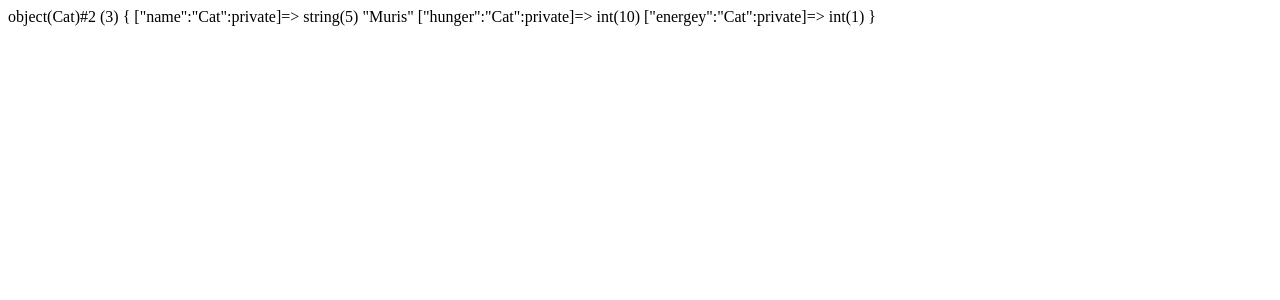
Repository: janismozgis-rcs/gurpa_5_test
Page: http://localhost/
The author's editor kept a copy of each file at every save. The page is drawn from the files as they stood at one save, then again after the next save.
The browser window is 1280 px wide. The pictures show the whole page.
The page is run by PHP 8.4 with error messages shown; the project is at /var/www/html/.

Above is the page before, as saved 2018-06-18 20:01:50.

### index.php
<?php

$someInt = 123; //integer
$someDecimanNumber = 3.14; //float
$someText = "text"; // string '' / ""
$someBool = true; // bool
$someNull = null; // null

$someArray = ['zaz', 'vaz', 'gaz', 'bwm', true, 123];
$somePerson = [
    'name' => 'Johnny',
    'age' => 18
];
$bunchOfPeople = [
    10 => [
        'name' => 'Johnny',
        'age' => 18
    ],
    11 => [
        'name' => 'Billy',
        'age' => 19
    ]
];
$someObject = new stdClass();

// +
// -
// /
// *
// %

// && ||
// >
// <
// >=
// <=
// ==
// !=
// ===
// !==
$someArray = [1 => 'zaz', 10 => 'vaz', 'foo' => 'gaz', 'bwm', true, 123];

foreach ($someArray as $key => $car) {
    // echo $key . '<br>';
}

// for ($i=0; $i < 25; $i++) {
//     $output = '';
//     if ($i % 2 == 0) {
//         $output = 'foo ';
//     }
//     if ($i % 3 == 0) {
//         $output .= 'bar';
//     }
//     if (!$output) {
//         $output = $i;
//     }
//     echo $output . '<br>';
// }

// skaitam no 0 - 25
// ja skaitlis dalās ar 2 bez atlikuma, izvadam vārdu "fiz"
// ja skaitlis dalās ar 3 bez atlikuma, izvadam vārdu "baz"
// ja ne ar vienu, tad izvadam skaitli

// fiz baz
// 1
// fiz
// baz
// fiz
// 5
// ...

// function someFunction($first, $second) {
//     return $first + $second;
// }
// echo someFunction(1, 4);
// $foo = 'foo';
// $foo = ' bar';
// echo $foo . " bar";

class Cat
{
    private $name;
    private $hunger = 10;
    private $energey = 0;

    public function __construct($name) {
        $this->name = $name;
    }

    public function feed() {
        $this->hunger--;
    }
    public function sleep() {
        $this->energey++;
    }

}

$cat1 = new Cat('Muris');
$cat2 = new Cat('Juris');
$cat1->sleep();
var_dump($cat1);

After the next save:
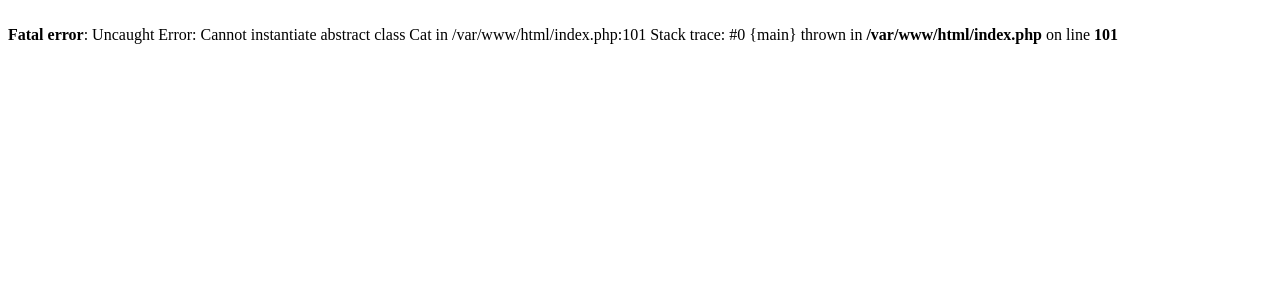
Saved 45 s later.
--- a/index.php
+++ b/index.php
@@ -79,7 +79,7 @@
 // $foo = ' bar';
 // echo $foo . " bar";
 
-class Cat
+abstract class Cat
 {
     private $name;
     private $hunger = 10;

After the save that followed:
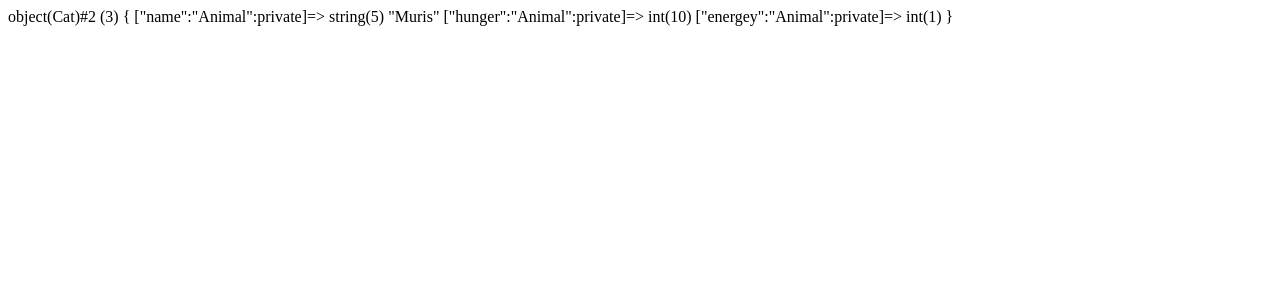
Saved 27 s later.
--- a/index.php
+++ b/index.php
@@ -79,7 +79,7 @@
 // $foo = ' bar';
 // echo $foo . " bar";
 
-abstract class Cat
+abstract class Animal
 {
     private $name;
     private $hunger = 10;
@@ -98,6 +98,11 @@
 
 }
 
+class Cat extends Animal
+{
+
+}
+
 $cat1 = new Cat('Muris');
 $cat2 = new Cat('Juris');
 $cat1->sleep();
